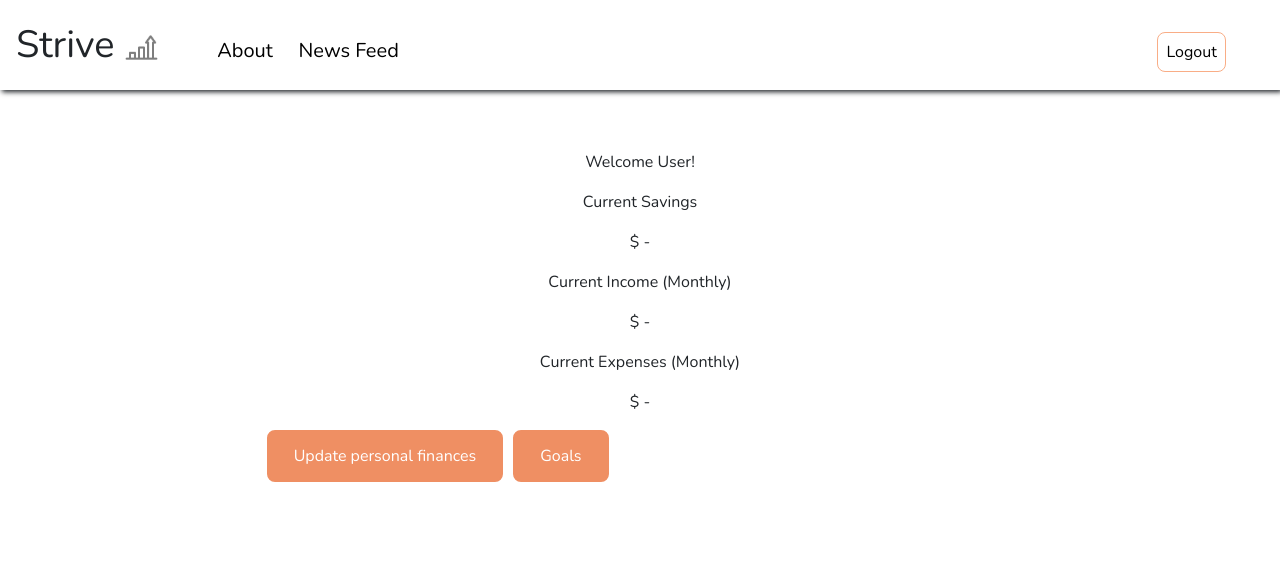
Repository: NoraOK/Strive
Page: http://localhost/strive/WEB-INF/strive/userHome.jsp
The author's editor kept a copy of each file at every save. The page is drawn from the files as they stood at one save, then again after the next save.
The browser window is 1280 px wide. The pictures show the whole page.
The page is served by Tomcat 9. Nobody is signed in. The template is opened directly, without the code that normally fills it, so the values that code supplies are empty.

Above is the page before, as saved 2019-12-18 23:31:39.

After the next save:
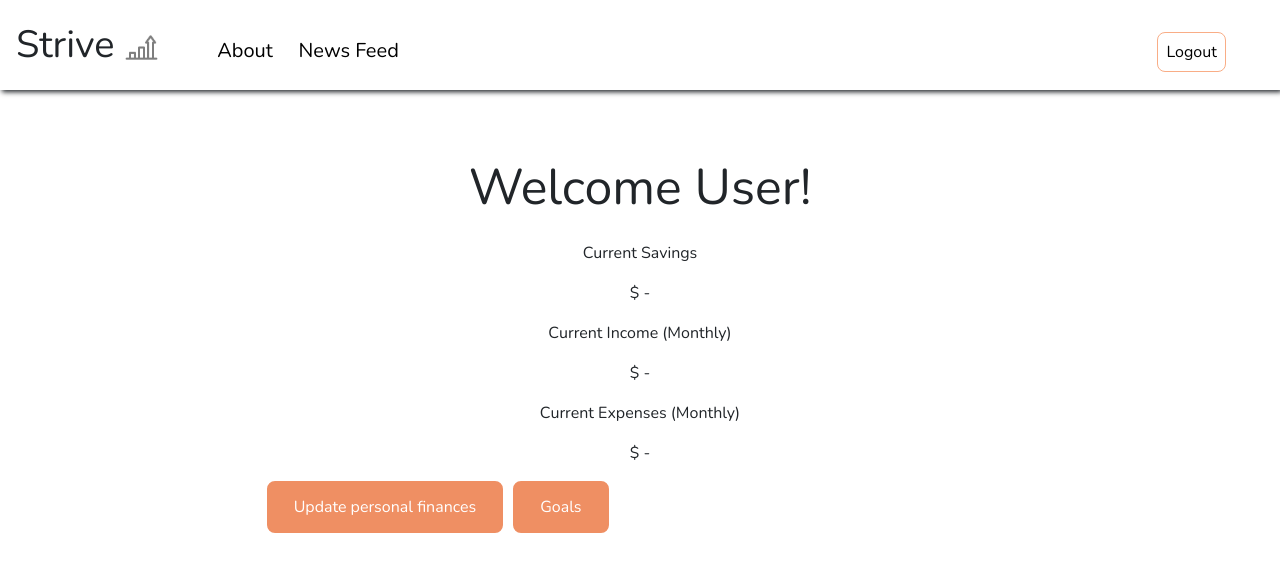
Saved 2 s later.
--- a/strive/src/main/webapp/WEB-INF/strive/userHome.jsp
+++ b/strive/src/main/webapp/WEB-INF/strive/userHome.jsp
@@ -19,12 +19,12 @@
 	</div>
 	<div class="body container col-7">
 		<div class="info">
-			<p> Welcome User! </p>
-			<p>Current Savings</p>
+			<p class="welcome"> Welcome User! </p>
+			<p class="labels">Current Savings</p>
 			<p>$ - </p>
-			<p>Current Income (Monthly)</p>
+			<p class="labels">Current Income (Monthly)</p>
 			<p>$ - </p>
-			<p>Current Expenses (Monthly)</p>
+			<p class="labels">Current Expenses (Monthly)</p>
 			<p>$ - </p>
 		</div>
 		<div class="row">
